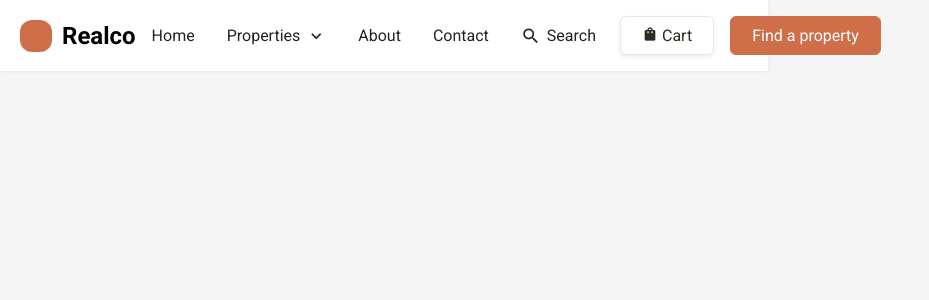
Repository: bek77g/realco
Page: index.html
These files come from the project's save history. The page is drawn as it stood at one moment and after the next save; the edit follows.
The browser window is 768 px wide. The page is 881 px wide, then 929 px, so the pictures cover 929 px, including what lies to the right of the window. The pictures show the whole page.
The style sheet was rebuilt from its Sass, Less or Tailwind sources for each picture, by a compiler version that may differ from the author's.

Above is the page before, as saved 2023-04-13 21:52:17.

### index.html
<!DOCTYPE html>
<html lang="en">
  <head>
    <meta charset="UTF-8" />
    <meta http-equiv="X-UA-Compatible" content="IE=edge" />
    <meta name="viewport" content="width=device-width, initial-scale=1.0" />
    <title>Realco</title>
    <link rel="preconnect" href="https://fonts.googleapis.com" />
    <link rel="preconnect" href="https://fonts.gstatic.com" crossorigin />
    <link
      href="https://fonts.googleapis.com/css2?family=Roboto:ital,wght@0,400;0,700;0,900;1,400;1,700;1,900&display=swap"
      rel="stylesheet"
    />
    <link
      href="https://fonts.googleapis.com/icon?family=Material+Icons"
      rel="stylesheet"
    />
    <link rel="stylesheet" href="./src/styles/style.css" />
  </head>
  <body>
    <header class="header">
      <div class="container">
        <div class="header__row">
          <div class="logo header__logo">
            <div class="logo__box"></div>
            <h2 class="logo__name">Realco</h2>
          </div>
          <nav class="header__nav">
            <ul class="header__menu">
              <li class="header__menu-item"><a href="#">Home</a></li>
              <li class="header__menu-item">
                <a href="#"
                  >Properties <span class="icon more">expand_more</span>
                </a>
              </li>
              <li class="header__menu-item"><a href="#">About</a></li>
              <li class="header__menu-item"><a href="#">Contact</a></li>
              <li class="header__menu-item">
                <a href="https://www.google.com/">
                  <span class="icon">search</span> Search</a
                >
              </li>
            </ul>
            <div class="header__buttons">
              <button class="header__buttons-btn">
                <span class="icon">shopping_bag</span> Cart
              </button>
              <button class="header__buttons-btn">Find a property</button>
            </div>
            <div class="header__burger">
              <div class="header__burger-icon">
                <span class="header__burger-global header__burger-top"></span>
                <span
                  class="header__burger-global header__burger-middle"
                ></span>
                <span
                  class="header__burger-global header__burger-bottom"
                ></span>
              </div>
            </div>
          </nav>
        </div>
      </div>
    </header>
    <main></main>
    <footer></footer>
    <script src="./src/js/main.js"></script>
  </body>
</html>

### src/styles/style.scss
@import './reset';

.container {
  max-width: 1320px;
  padding: 0 20px;
  margin: 0 auto;
}

@import './global';
@import './header';

@import './_responsive';

### src/styles/_reset.scss
* {
  margin: 0;
  padding: 0;
  box-sizing: border-box;
  transition: 0.3s;
}
ul,
ol {
  list-style: none;
}
img {
  width: 100%;
}
a {
  color: inherit;
}
button {
  border: none;
  cursor: pointer;
}
a {
  text-decoration: none;
}

### src/styles/_global.scss
* {
  font-family: 'Roboto', sans-serif;
}

body {
  background-color: #f5f5f5;
}

//Variables
$main-color: #cf6f49;
$light-grey: #65665c;
$black: #222222;
$black-grey: #2a2c1f;

.icon {
  font-family: 'Material Icons';
  font-style: normal;
  font-weight: 400;
  display: block;
  height: -webkit-fit-content;
  height: -moz-fit-content;
  height: fit-content;
}

.logo {
  display: flex;
  align-items: center;
  gap: 10px;
  &__box {
    width: 32px;
    height: 32px;
    background: #cf6f49;
    border-radius: 12px;
  }
  &__name {
    font-weight: bold;
  }
}

### src/styles/_header.scss
.header {
  position: relative;
  background: #ffffff;
  box-shadow: 0px 0px 4px rgba(0, 0, 0, 0.08);
  padding: 16px 0;
  &__row {
    display: flex;
    justify-content: space-between;
    align-items: center;
  }
  &__nav {
    display: flex;
    align-items: center;
    gap: 8px;
  }
  &__menu {
    padding: 9px 16px;
    display: flex;
    align-items: center;
    gap: 32px;
    &-item {
      color: $black;
      & a {
        display: flex;
        gap: 6px;
        align-items: center;
        & .icon {
          font-size: 20px;
        }
      }
      &:hover .more {
        transform: rotate(-180deg);
      }
    }
  }
  &__buttons {
    display: flex;
    gap: 16px;
    &-btn {
      white-space: nowrap;
      font-style: normal;
      font-weight: 400;
      font-size: 16px;
      padding: 9px 21px;
      border-radius: 6px;
      display: flex;
      gap: 4px;
      &:first-child {
        color: $black-grey;
        background: #ffffff;
        border: 1px solid #e7e8e3;
        box-shadow: 0px 2px 4px rgba(0, 0, 0, 0.08);
      }
      &:last-child {
        background: #cf6f49;
        border: 1px solid #cf6f49;
        color: #fff;
      }
      &:hover {
        -webkit-filter: brightness(80%);
        filter: brightness(90%);
      }
    }
  }
  &__burger {
    display: none;
    &-icon {
      cursor: pointer;
      margin: 0 auto;
      padding-left: 1.25em;
      position: relative;
      width: 40px;
      height: 40px;
    }
    &-global {
      -webkit-backface-visibility: hidden;
      backface-visibility: hidden;
      position: absolute;
      left: 0;
      border-top: 6px solid $main-color;
      border-radius: 3px;
      width: 100%;
      transition: 0.55s;
    }
    &.active {
      & .header__burger-top {
        -webkit-backface-visibility: hidden;
        backface-visibility: hidden;
        top: 15px;
        transform: rotate(50deg);
        transition: 0.55s 0.5s;
      }
      & .header__burger-middle {
        opacity: 0;
      }
      & .header__burger-bottom {
        -webkit-backface-visibility: hidden;
        backface-visibility: hidden;
        top: 15px;
        transform: rotate(-410deg);
        transition: 0.55s 0.5s;
      }
    }
    &-top {
      top: 0;
    }
    &-middle {
      top: 15px;
    }
    &-bottom {
      top: 30px;
    }
  }
}

### src/styles/_responsive.scss
@media (max-width: 1201px) {
}
@media (max-width: 1025px) {
}
@media (max-width: 993px) {
}
@media (max-width: 769px) {
}
@media (max-width: 769px) {
}
@media (max-width: 481px) {
}
@media (max-width: 321px) {
}

// 320px — 480px
// 481px — 768px
// 769px — 1024px
// 1025px — 1200px
// 1201px and 1440px

Loaded but not shown: src/js/main.js (no stored copy; drawn as an empty file)

After the next save:
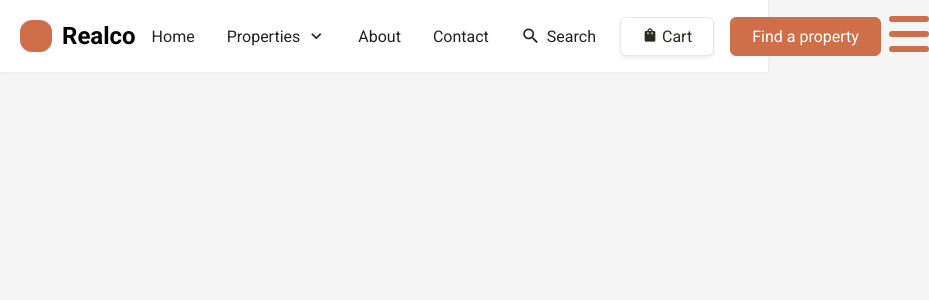
Saved 56 s later.
--- a/src/styles/_responsive.scss
+++ b/src/styles/_responsive.scss
@@ -3,6 +3,11 @@
 @media (max-width: 1025px) {
 }
 @media (max-width: 993px) {
+  .header {
+    &__burger {
+      display: block;
+    }
+  }
 }
 @media (max-width: 769px) {
 }
